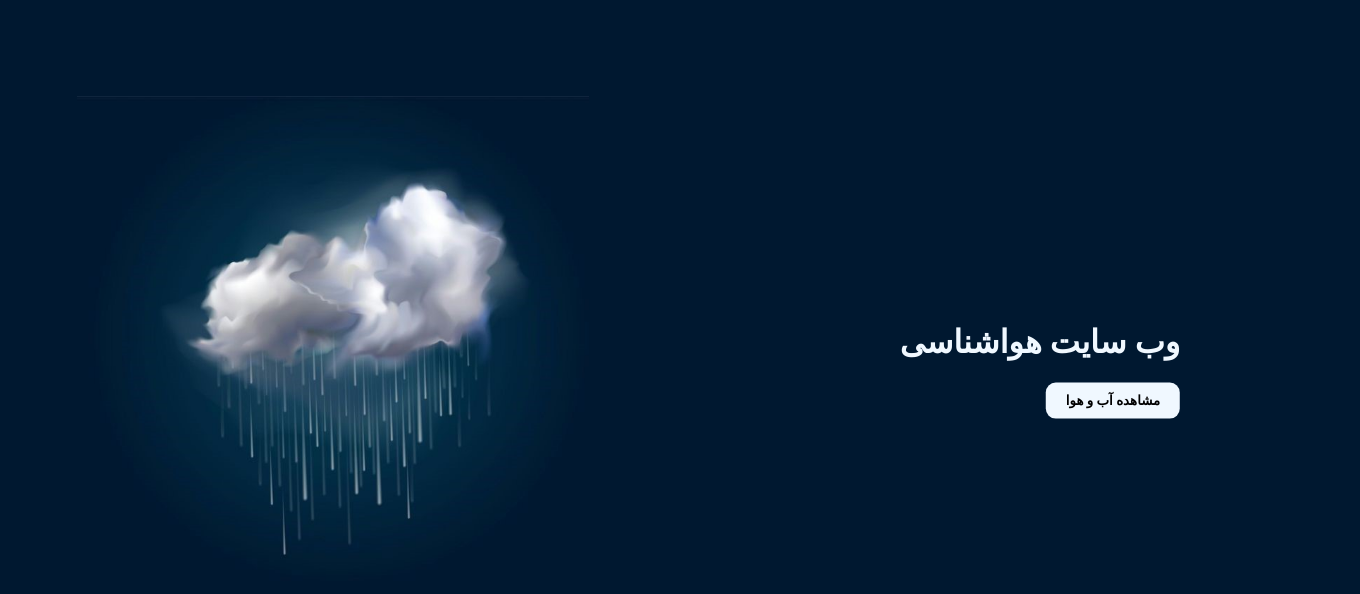
Repository: fateme81yosefi/weather
Page: landing/Landing.html
An editor plug-in stored every save of this project. The page is shown before and after a run of saves, followed by the edit.
The browser window is 1280 px wide. The page is 1280 px wide, then 1360 px, so the pictures cover 1360 px, including what lies to the right of the window. The pictures show the whole page.
Some web fonts or font styles are not loaded; a fallback is used.

Above is the page before, as saved 2025-02-02 16:51:12.

After the next 4 saves:
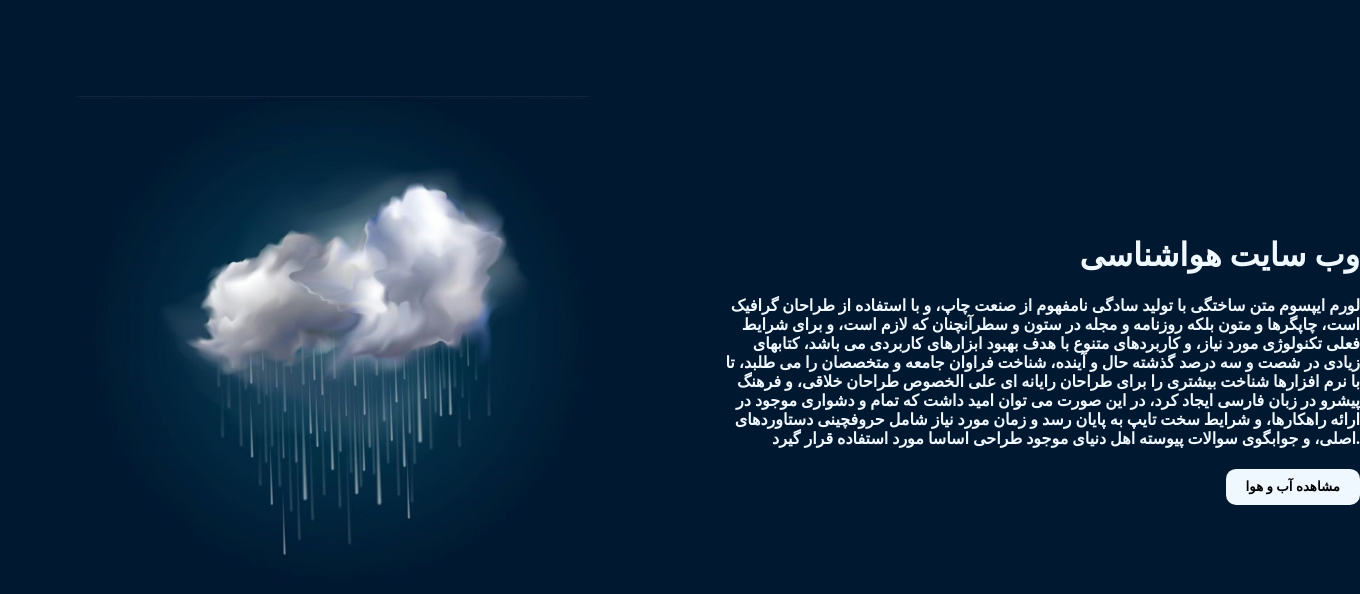
The 4 saves are shown as one change because they came seconds apart.
The last was saved 33 s later.
--- a/landing/Landing.html
+++ b/landing/Landing.html
@@ -1,25 +1,35 @@
 <!doctype html>
 <html lang="en">
-	<head>
-		<meta charset="utf-8">
-		<meta name="viewport" content="width=device-width,initial-scale=1">
-        <link rel="stylesheet" href="./style/landing.css">
-        <link href="https://cdn.jsdelivr.net/gh/rastikerdar/vazir-font@v27.1.0/dist/font-face.css" rel="stylesheet" type="text/css" />
+
+<head>
+    <meta charset="utf-8">
+    <meta name="viewport" content="width=device-width,initial-scale=1">
+    <link rel="stylesheet" href="./style/landing.css">
+    <link href="https://cdn.jsdelivr.net/gh/rastikerdar/vazir-font@v27.1.0/dist/font-face.css" rel="stylesheet"
+        type="text/css" />
 
 
-		<title>هواشناسی</title>
-	</head>
-	<body>
-        <div class="container-landing">
-            <div class="contain-btn">
-                <h1>وب سایت هواشناسی</h1>
-                <button class="go-to-weather">مشاهده آب و هوا</button>
-            </div>
+    <title>هواشناسی</title>
+</head>
 
+<body>
+    <div class="container-landing">
+        <div class="contain-btn">
+            <h1>وب سایت هواشناسی</h1>
+            <h4>لورم ایپسوم متن ساختگی با تولید سادگی نامفهوم از صنعت چاپ، و با استفاده از طراحان گرافیک است، چاپگرها و
+                متون بلکه روزنامه و مجله در ستون و سطرآنچنان که لازم است، و برای شرایط فعلی تکنولوژی مورد نیاز، و
+                کاربردهای متنوع با هدف بهبود ابزارهای کاربردی می باشد، کتابهای زیادی در شصت و سه درصد گذشته حال و آینده،
+                شناخت فراوان جامعه و متخصصان را می طلبد، تا با نرم افزارها شناخت بیشتری را برای طراحان رایانه ای علی
+                الخصوص طراحان خلاقی، و فرهنگ پیشرو در زبان فارسی ایجاد کرد، در این صورت می توان امید داشت که تمام و
+                دشواری موجود در ارائه راهکارها، و شرایط سخت تایپ به پایان رسد و زمان مورد نیاز شامل حروفچینی دستاوردهای
+                اصلی، و جوابگوی سوالات پیوسته اهل دنیای موجود طراحی اساسا مورد استفاده قرار گیرد.</h4>
+            <button class="go-to-weather">مشاهده آب و هوا</button>
         </div>
 
+    </div>
 
-		<script src="./js/landing.js"></script>
-	</body>
+
+    <script src="./js/landing.js"></script>
+</body>
 
 </html>
